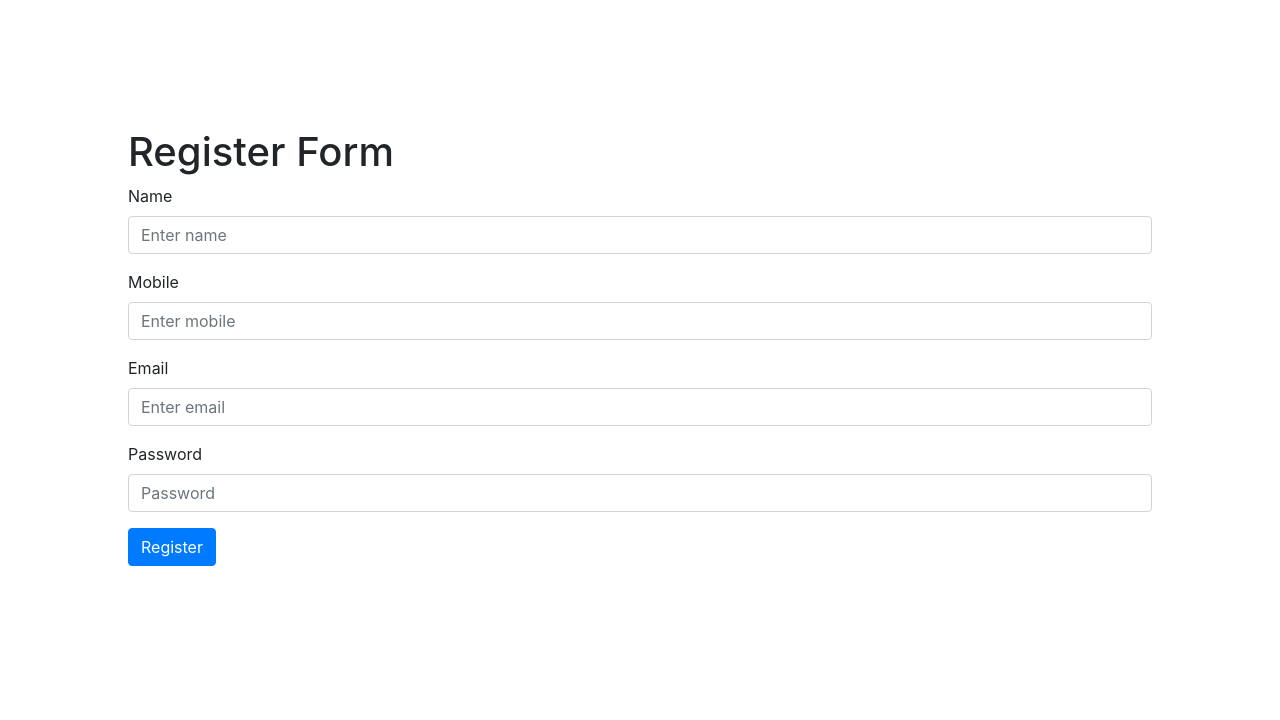
Repository: lalji-yadav/Register-Login-and-CRUD-using-token-and-Without-token-based
Page: /
An editor plug-in stored every save of this project. The page is shown before and after the next save, followed by the edit.
The browser window is 1280 px wide. The pictures show the whole page.
The project was rebuilt for these pictures with package versions that can differ from the ones it lists, and the page was loaded fresh each time. Also part of the build but not shown: src/App.css, src/auth/login.js, src/components/reg.js, src/components/table.js.

Above is the page before, as saved 2021-02-02 20:58:26.

### src/App.js
import './App.css';
import Login from "./auth/login";
import Register from "./auth/register";
import Reg from "./components/reg";
import Table from "./components/table";
import {
  BrowserRouter as Router,
  Switch,
  Route
} from "react-router-dom";

function App() {
  return (
    <div>
      <Router>
        <Switch>
           <Route exact path="/" component={Register} />
           <Route exact path="/loginss" component={Login} />
           <Route exact path="/reg" component={Reg} />
           <Route exact path="/table" component={Table} />
        </Switch>
      </Router>
       {/* <Register /> */}
       {/* <Login /> */}
       {/* <Reg /> */}
    </div>
  );
}

export default App;

### src/auth/register.js
import React,{useState} from 'react';
import {Form,Button} from 'react-bootstrap';
import axios from "axios";

const Register = () => {

    const [values, setValues] = useState({
        name:'',
        mobile:'',
        email:'',
        password:''
    })

    const changeHandler = (event) => {
        setValues((prevProps) => ({
          ...prevProps,
          [event.target.name]: event.target.value
        }));
      };

    const onRegister=()=> {
       axios.post('http://localhost:3000/user',
       {name:values.name, mobile:values.mobile, email:values.email, password:values.password})
       .then((res)=> {
           console.log(res)
       }).catch((err)=> {
           console.log(err)
       })
    }

    return (
        <div style={{padding:"10%"}}>
           <h1> Register Form </h1>
            <Form>
                <Form.Group controlId="formBasicEmail">
                    <Form.Label>Name</Form.Label>
                    <Form.Control type="text" placeholder="Enter name"
                    name="name"
                    value={values.name}
                    onChange={changeHandler}
                     />
                </Form.Group>

                <Form.Group controlId="formBasicPassword">
                    <Form.Label>Mobile</Form.Label>
                    <Form.Control type="text" placeholder="Enter mobile"
                     name="mobile"
                     value={values.mobile}
                    onChange={changeHandler}
                     />
                </Form.Group>

                <Form.Group controlId="formBasicEmail">
                    <Form.Label>Email</Form.Label>
                    <Form.Control type="text" placeholder="Enter email"
                    name="email"
                    value={values.email}
                    onChange={changeHandler}
                     />
                </Form.Group>

                <Form.Group controlId="formBasicPassword">
                    <Form.Label>Password</Form.Label>
                    <Form.Control type="password" placeholder="Password"
                    name="password"
                    value={values.password}
                    onChange={changeHandler}
                     />
                </Form.Group>


            </Form>

            <Button type="button" className="btn btn-primary" onClick={onRegister} > Register </Button>
        </div>
    );
};

export default Register;

Loaded but not shown: public/index.html (common file); src/index.js (common file); src/index.css (common file); src/reportWebVitals.js (common file)

After the next save:
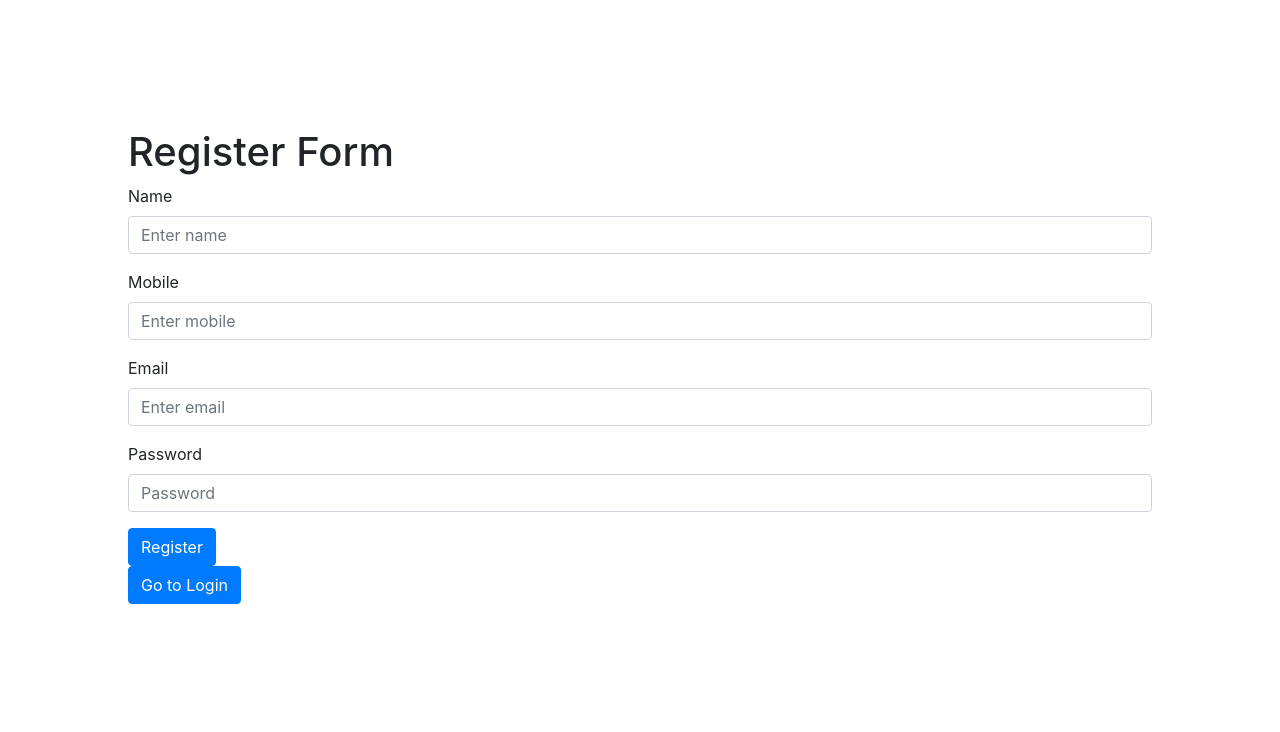
Saved 14 h 24 min later.
--- a/src/auth/register.js
+++ b/src/auth/register.js
@@ -71,7 +71,8 @@ const Register = () => {
 
             </Form>
 
-            <Button type="button" className="btn btn-primary" onClick={onRegister} > Register </Button>
+            <Button type="button" className="btn btn-primary" onClick={onRegister} > Register </Button> <br />
+            <Button type="button" className="btn btn-primary"> Go to Login </Button>
         </div>
     );
 };
